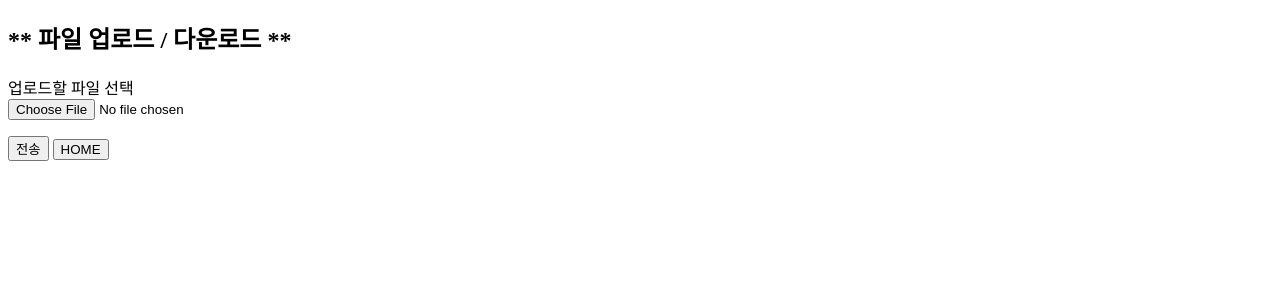
Repository: offbr/Spring
Page: http://localhost/spring_mvc22_file/upload
The author's editor kept a copy of each file at every save. The page is drawn from the files as they stood at one save, then again after the next save.
The browser window is 1280 px wide. The pictures show the whole page.
The page is served by Tomcat 9. Other server files are loaded and not shown.

Above is the page before, as saved 2016-10-18 01:49:23.

### spring_mvc22_file/src/main/webapp/WEB-INF/view/uploadform.jsp
<%@ page language="java" contentType="text/html; charset=UTF-8"
    pageEncoding="UTF-8"%>
<%@ taglib prefix="form" uri="http://www.springframework.org/tags/form" %>
<!DOCTYPE html>
<html>
<head>
<meta http-equiv="Content-Type" content="text/html; charset=UTF-8">
<title>Insert title here</title>
</head>
<body>
<h2>** 파일 업로드 / 다운로드 **</h2>
업로드할 파일 선택<br>
<form:form enctype="multipart/form-data" modelAttribute="uploadBean">
<input type="file" name="file"><br>
<p><form:errors path="file" cssStyle="Color:red" /></p>
<input type="submit" value="전송" />
<a href="index.jsp"><button>HOME</button></a>
</form:form>

</body>
</html>

After the next save:
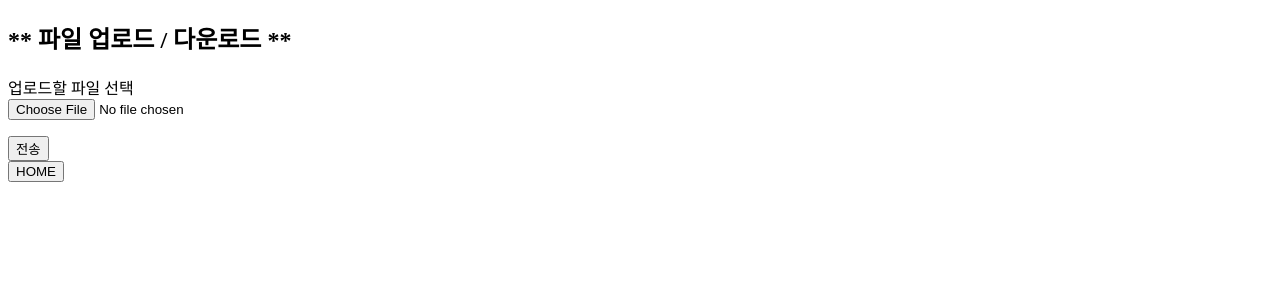
Saved 44 s later.
--- a/spring_mvc22_file/src/main/webapp/WEB-INF/view/uploadform.jsp
+++ b/spring_mvc22_file/src/main/webapp/WEB-INF/view/uploadform.jsp
@@ -14,8 +14,8 @@
 <input type="file" name="file"><br>
 <p><form:errors path="file" cssStyle="Color:red" /></p>
 <input type="submit" value="전송" />
+</form:form>
 <a href="index.jsp"><button>HOME</button></a>
-</form:form>
 
 </body>
 </html>
